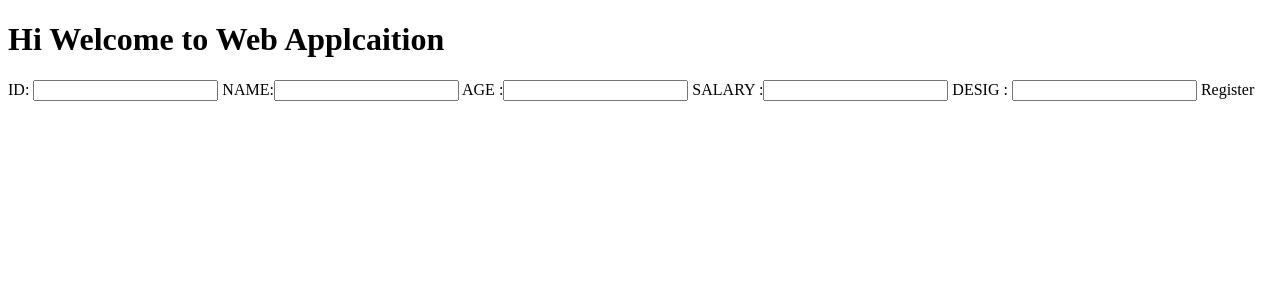
Repository: Thaneshwara848/TCS_B1
Page: WebDemo1/src/main/webapp/Register.html
An editor plug-in stored every save of this project. The page is shown before and after the next save, followed by the edit.
The browser window is 1280 px wide. The pictures show the whole page.

Above is the page before, as saved 2022-11-14 04:08:31.

### WebDemo1/src/main/webapp/Register.html
<!DOCTYPE html>
<html>
<head>
<meta charset="UTF-8">
<title>Insert title here</title>
</head>
<body>
	<h1> Hi Welcome to Web Applcaition </h1>

	ID: <input type="text" >
	NAME:<input type="text" >
	AGE :<input type="text" >
	SALARY :<input type="text" >
	DESIG : <input type="text" >

	Register



</body>
</html>

After the next save:
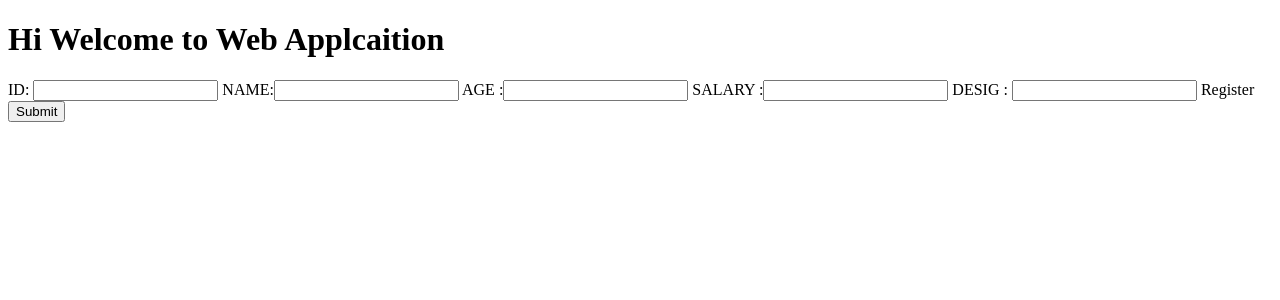
Saved 15 s later.
--- a/WebDemo1/src/main/webapp/Register.html
+++ b/WebDemo1/src/main/webapp/Register.html
@@ -13,7 +13,7 @@
 	SALARY :<input type="text" >
 	DESIG : <input type="text" >
 
-	Register
+	Register <input type="submit" >
 
 
 
